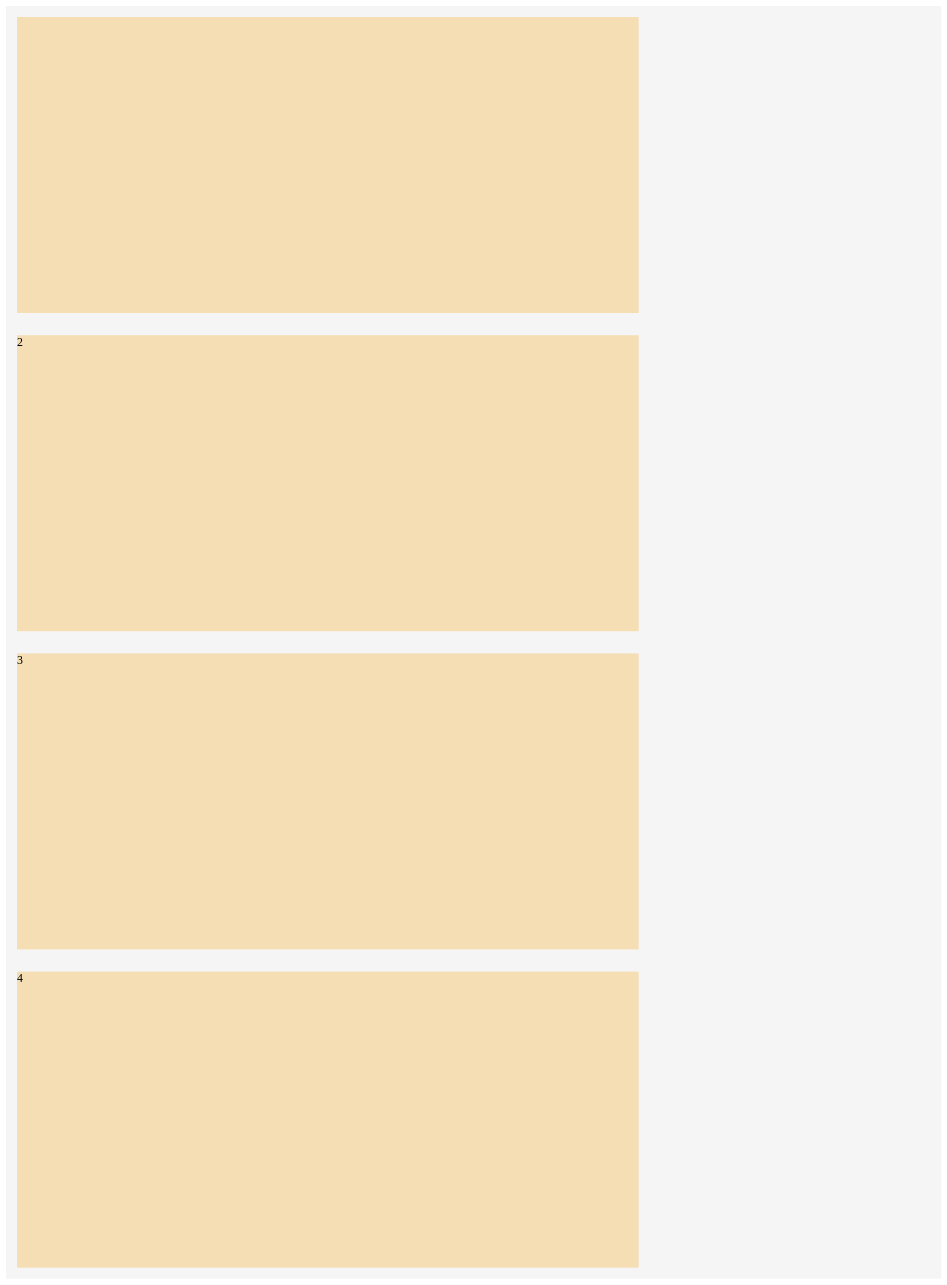
Repository: yuquan1006/-
Page: 02_css/test2.html
These files come from the project's save history. The page is drawn as it stood at one moment and after the next save; the edit follows.
The browser window is 1280 px wide. The pictures show the whole page, at 74% of full size.

Above is the page before, as saved 2023-07-04 15:33:43.

After the next save:
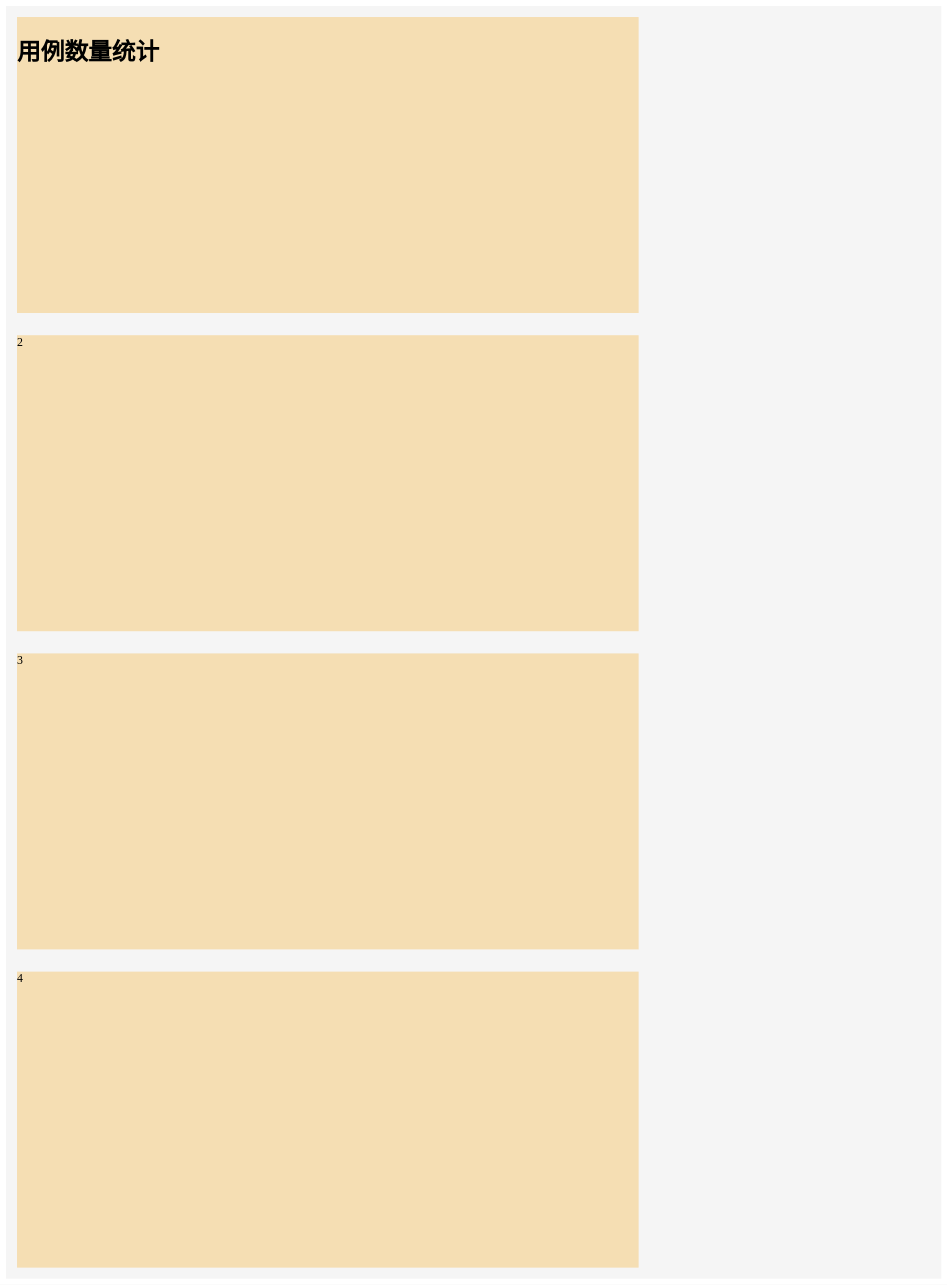
Saved 7 s later.
--- a/02_css/test2.html
+++ b/02_css/test2.html
@@ -27,7 +27,7 @@
 <body>
     <div class="parent">
         <div class="child">
-            <h1></h1>
+            <h1>用例数量统计</h1>
         </div>
         <div class="child">2</div>
         <div class="child">3</div>
